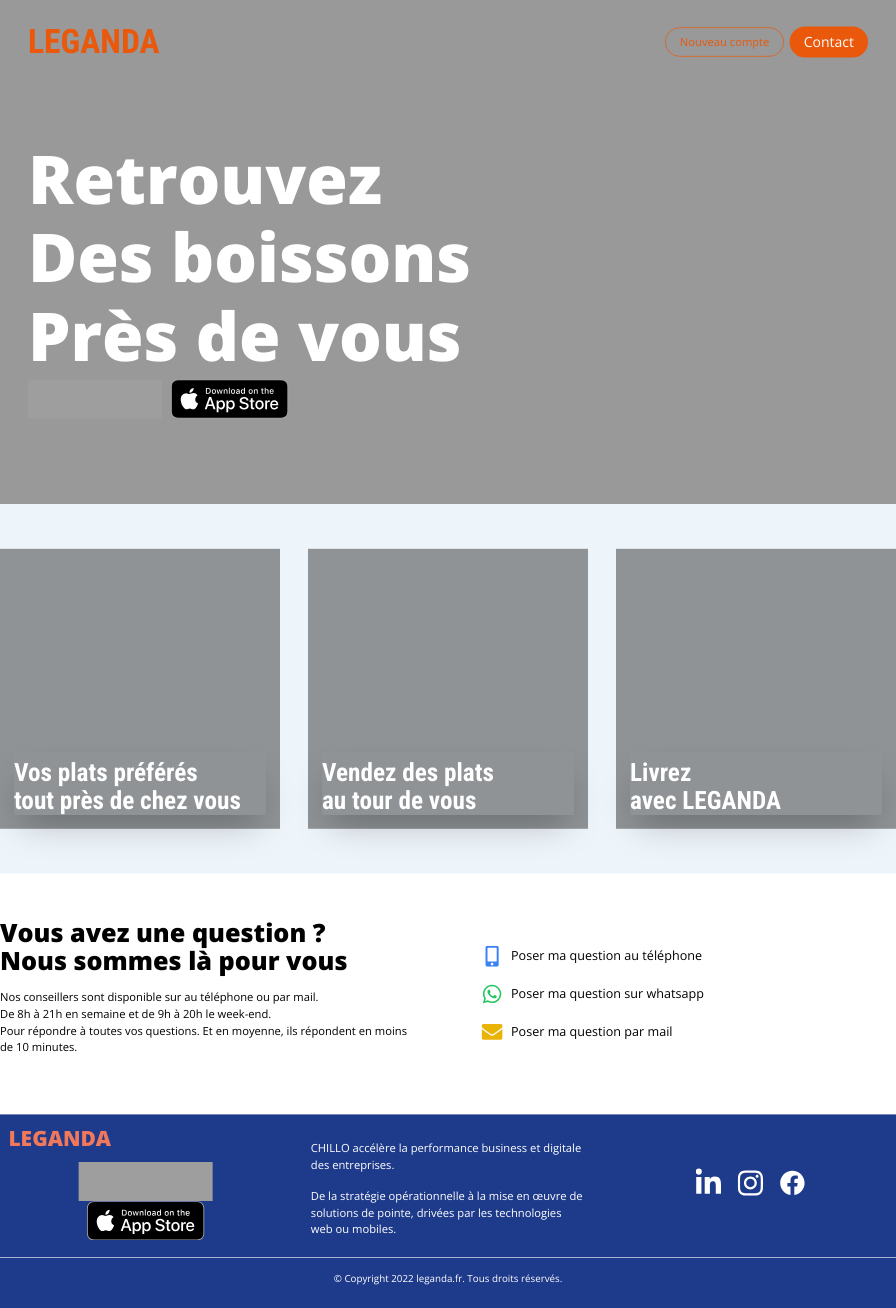
Repository: chillo-tech/website-leganda
Page: /
These files come from the project's save history. The page is drawn as it stood at one moment and after the next save; the edit follows.
The browser window is 1280 px wide. The pictures show the whole page, at 70% of full size.
Pictures or frames that could not be fetched are drawn as grey boxes. The project was rebuilt for these pictures with package versions that can differ from the ones it lists, and the page was loaded fresh each time. Some packages were replaced by stand-ins written for this rebuild. The framework's server and built-in components were replaced by stand-ins that run in the browser. Also part of the build but not shown: next.config.js, components/header/items/SearchBar.tsx.

Above is the page before, as saved 2023-02-09 07:42:18.

After the next save:
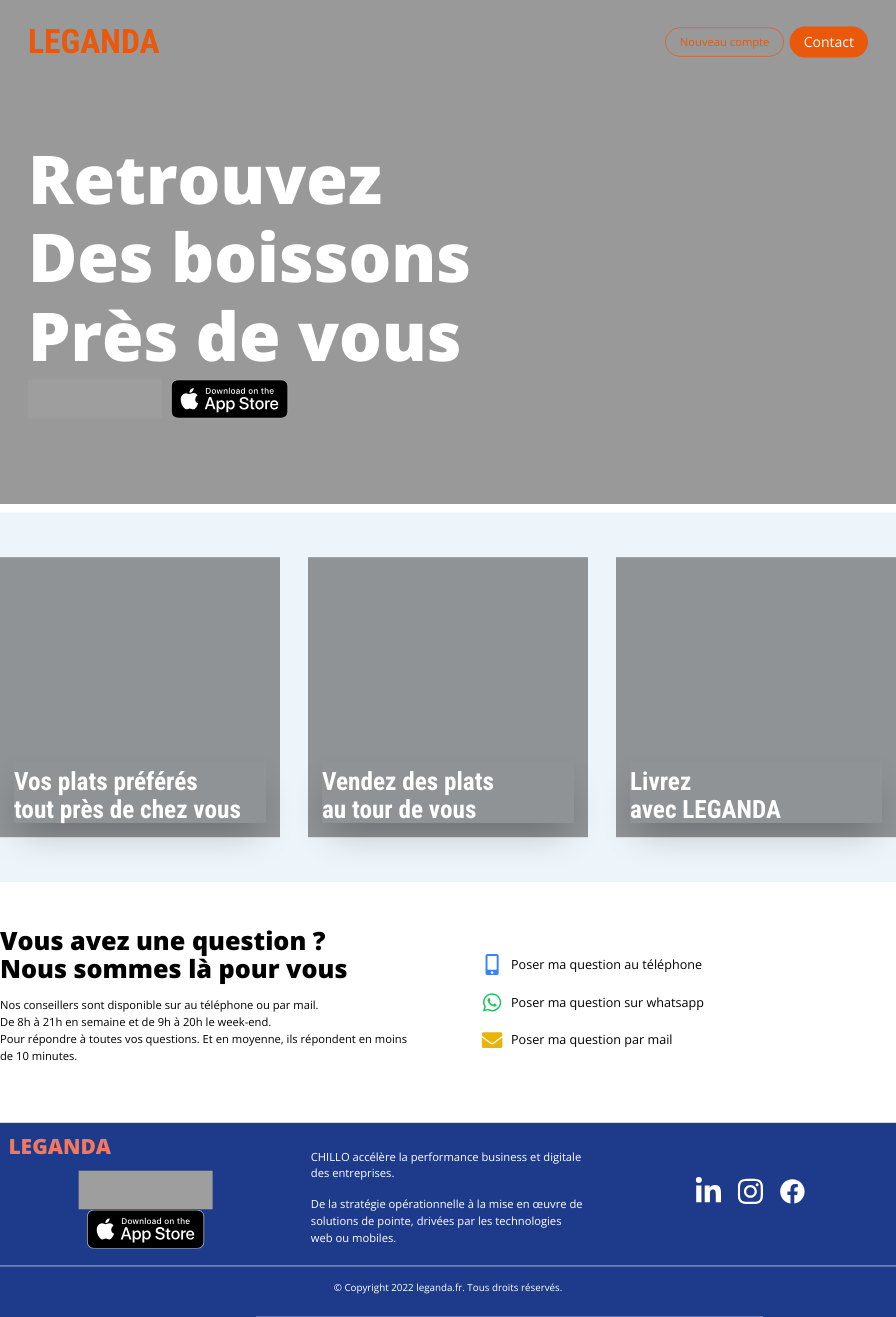
Saved 67 s later.
--- a/pages/index.tsx
+++ b/pages/index.tsx
@@ -39,7 +39,7 @@
           <title>{`LEGANDA | Repas entre particuliers ${HEADERS_ITEMS[displayedItemIndex]['label']}`}</title>
         </Head>
         <main>
-          <header className="relative h-screen">
+          <header className="relative h-screen mb-3">
             <Image
               src={HEADERS_ITEMS[displayedItemIndex]['image']}
               alt={`Leganda ${HEADERS_ITEMS[displayedItemIndex]['label']}`}

After the save that followed:
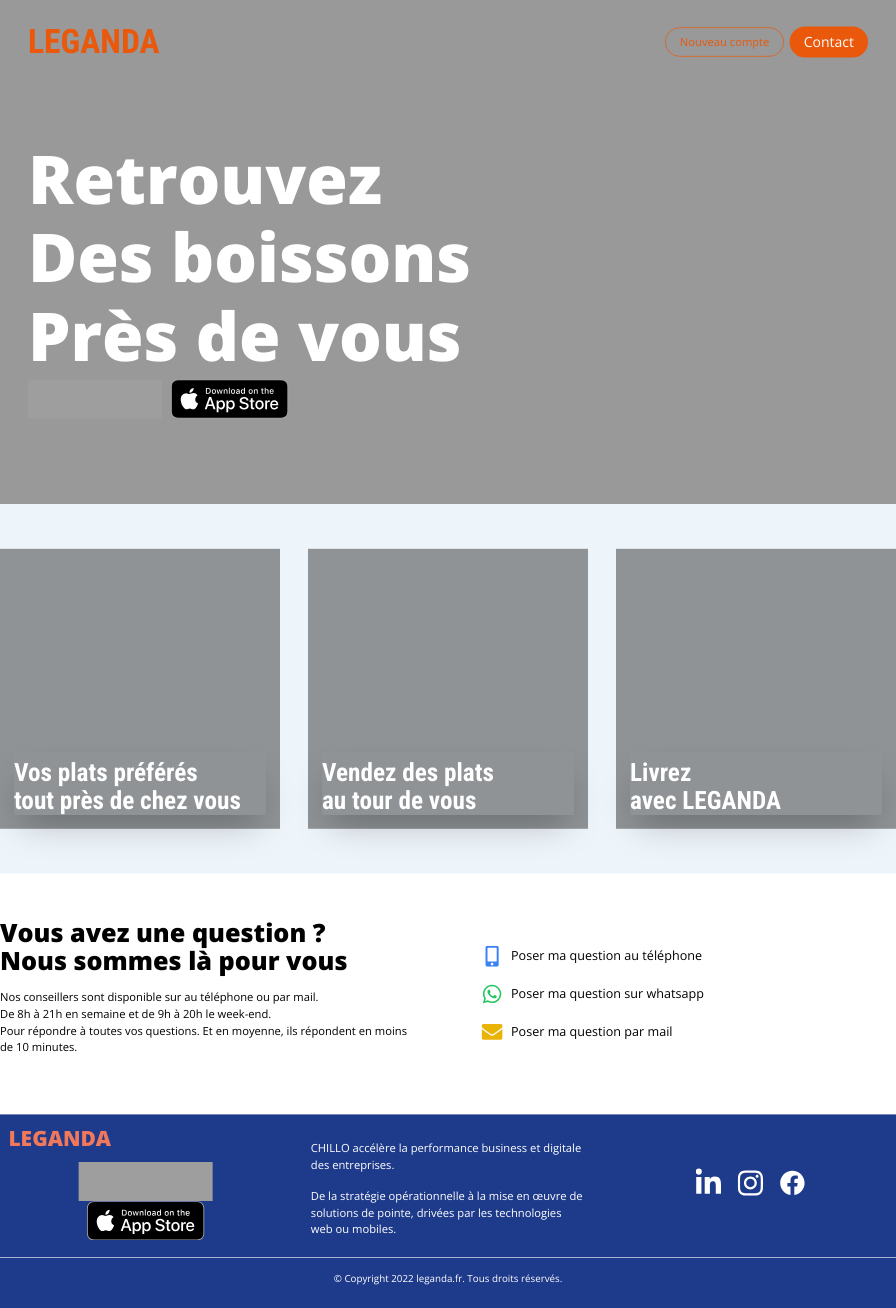
Saved 11 s later.
--- a/pages/index.tsx
+++ b/pages/index.tsx
@@ -39,7 +39,7 @@
           <title>{`LEGANDA | Repas entre particuliers ${HEADERS_ITEMS[displayedItemIndex]['label']}`}</title>
         </Head>
         <main>
-          <header className="relative h-screen mb-3">
+          <header className="relative h-screen mb-3 md:mb-0">
             <Image
               src={HEADERS_ITEMS[displayedItemIndex]['image']}
               alt={`Leganda ${HEADERS_ITEMS[displayedItemIndex]['label']}`}
